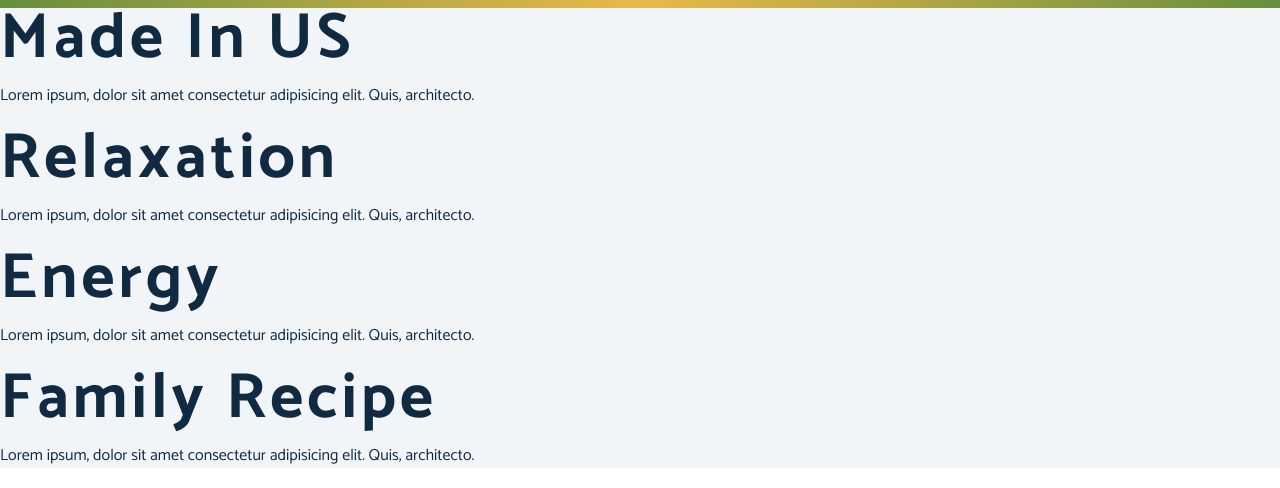
Repository: waniArif/tea-project
Page: index.html
An editor plug-in stored every save of this project. The page is shown before and after the next save, followed by the edit.
The browser window is 1280 px wide. The pictures show the part of the page from y = 720 to 1528 px (the page is 1208 px tall before and 1528 px after).
Some icons come from a web library that is not loaded, so they are not drawn. Backgrounds fixed to the window are drawn as part of the page. Some web fonts or font styles are not loaded; a fallback is used.

Above is the page before, as saved 2021-07-04 15:10:01.
Console error: TypeError: Cannot read properties of null (reading 'addEventListener')

### index.html
<!DOCTYPE html>
<html lang="en">
  <head>
    <meta charset="UTF-8" />
    <meta name="viewport" content="width=device-width, initial-scale=1.0" />
    <meta http-equiv="X-UA-Compatible" content="ie=edge" />
    <title>Tea Station || Home</title>
    <!-- font-awesome -->
    <link
      rel="stylesheet"
      href="./fontawesome-free-5.12.1-web/css/all.min.css"
    />
    <!-- custom css -->
    <link rel="stylesheet" href="./css/styles.css" />
  </head>
  <body>
    <!-- navbar here -->
    <!-- header here -->

    <header class="header">
      <div class="banner">
        <h2>Over one hundred flavours</h2>
        <h1>
          Wani's<br />
          Crafted tea
        </h1>
        <a href="skills.html" class="btn banner-btn">explore</a>
      </div>
    </header>
    <!-- header ends here -->
    <div class="content-divider"></div>
    <!-- skills section -->

    <section class="skills clearfix">
      <!-- single skill -->
      <article class="skill">
        <span class="skill-icon">
          <i class="fas fa-mug-hot"></i>
        </span>
        <h4 class="skill-title">made in US</h4>
        <p class="skill-text">
          Lorem ipsum, dolor sit amet consectetur adipisicing elit. Quis,
          architecto.
        </p>
      </article>
      <!-- end of a single skill -->
      <!-- single skill -->
      <article class="skill">
        <span class="skill-icon">
          <i class="fas fa-glass-cheers"></i>
        </span>
        <h4 class="skill-title">relaxation</h4>
        <p class="skill-text">
          Lorem ipsum, dolor sit amet consectetur adipisicing elit. Quis,
          architecto.
        </p>
      </article>
      <!-- end of a single skill -->
      <!-- single skill -->
      <article class="skill">
        <span class="skill-icon">
          <i class="fas fa-bomb"></i>
        </span>
        <h4 class="skill-title">Energy</h4>
        <p class="skill-text">
          Lorem ipsum, dolor sit amet consectetur adipisicing elit. Quis,
          architecto.
        </p>
      </article>
      <!-- end of a single skill -->
      <!-- single skill -->
      <article class="skill">
        <span class="skill-icon">
          <i class="fas fa-mortar-pestle"></i>
        </span>
        <h4 class="skill-title">family recipe</h4>
        <p class="skill-text">
          Lorem ipsum, dolor sit amet consectetur adipisicing elit. Quis,
          architecto.
        </p>
      </article>
      <!-- end of a single skill -->
    </section>
    <!--  end of skills section -->

    <script src="app.js"></script>
  </body>
</html>

### css/styles.css
/*
===================
Fonts
===================
*/

@import url("https://fonts.googleapis.com/css?family=Catamaran:400,700|Grand+Hotel");

/*
===================
Variables
===================
*/

:root {
  --clr-primary: #678e3e;
  --clr-primarylight: #beed8c;
  --clr-grey-1: #102a42;
  --clr-grey-5: #617d98;
  --clr-grey-10: #f1f5f8;
  --clr-white: #fff;
  --ff-primary: "Catamaran", sans-serif;
  --ff-secondary: "Grand Hotel", cursive;
  --transition: all 0.3 linear;
  --spacing: 0.25rem;
  --radius: 0.5rem;
}

* {
  margin: 0;
  padding: 0;
  box-sizing: border-box;
}

body {
  font-family: var(--ff-primary);
  background: var(--clr-white);
  color: var(--clr-grey-1);
  line-height: 1.5rem;
  font-size: 0.875rem;
}

a {
  text-decoration: none;
}

img {
  width: 100%;
  display: block;
}

h1,
h2,
h3,
h4 {
  letter-spacing: var(--spacing);
  text-transform: capitalize;
  line-height: 1.25;
  margin-bottom: 0.75rem;
}

h1 {
  font-size: 3rem;
}

h2 {
  font-size: 2rem;
}

h3 {
  font-size: 1.5rem;
}

h4 {
  font-size: 0.875rem;
}

p {
  margin-bottom: 1.25rem;
}

@media screen and (min-width: 800px) {
  h1 {
    font-size: 4rem;
  }
  h2 {
    font-size: 2.5rem;
  }
  h3 {
    font-size: 2rem;
  }
  h4 {
    font-size: 4rem;
  }
  body {
    font-size: 1rem;
  }
  h1,
  h2,
  h3,
  h4 {
    line-height: 1;
  }
}

/* more global css */

.btn {
  text-transform: uppercase;
  background: var(--clr-primary);
  color: var(--clr-white);
  padding: 0.75rem 1rem;
  letter-spacing: var(--spacing);
  display: inline-block;
  font-weight: 700;
  transition: var(--transition);
  font-size: 1rem;
  border: none;
  cursor: pointer;
  box-shadow: 0 1px 3px rgba(0, 0, 0, 0.2);
}
.btn:hover {
  color: var(--clr-primary);
  background: var(--clr-primarylight);
}

/*
===================
Header
===================
*/

.header {
  min-height: 100vh;
  background: linear-gradient(rgba(0, 0, 0, 0.6), rgba(0, 0, 0, 0.6)),
    url("../images/main-bcg.jpeg") center/cover no-repeat fixed;

  position: relative;
  /* animation */
  overflow-x: hidden;
}

.banner {
  text-align: center;
  position: absolute;
  top: 50%;
  left: 50%;
  transform: translate(-50%, -50%);
}
.banner h2 {
  font-family: var(--ff-secondary);
  color: var(--clr-primary);
  /* animation */
}
.banner h1 {
  text-transform: uppercase;
  color: var(--clr-white);
  margin-top: 1.25rem;
  margin-bottom: 2rem;
  /* animation */
}
.banner-btn {
  outline: 0.125rem solid var(--clr-primary);
  outline-offset: 0.25rem;
  font-size: 1.25rem;
  padding: 1rem 1.75rem;
}

/* content-divider */

.content-divider {
  height: 0.5rem;
  background: linear-gradient(
    to left,
    var(--clr-primary),
    #e9b949,
    var(--clr-primary)
  );
}

/*
===================
Skills
===================
*/

.skills {
  background: var(--clr-grey-10);
}

Loaded but not shown: app.js (common file)

After the next save:
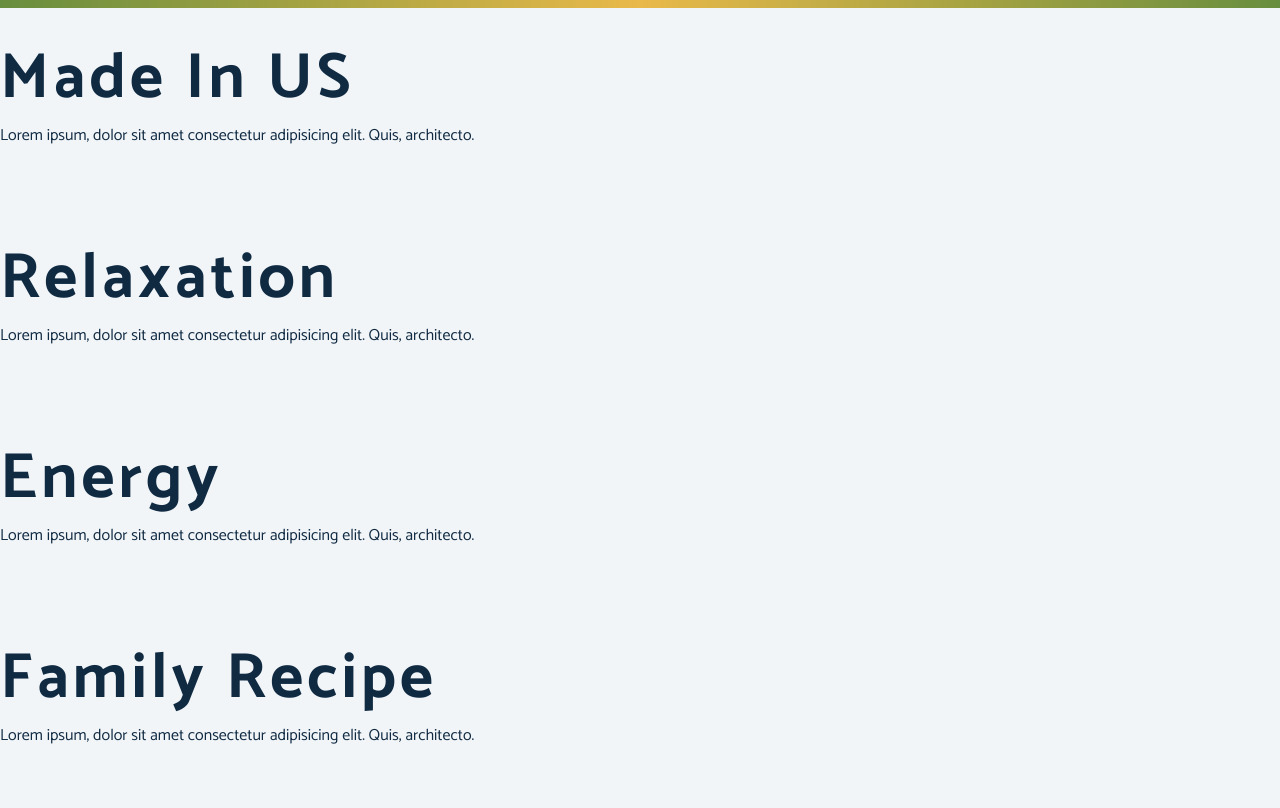
Saved 48 s later.
--- a/css/styles.css
+++ b/css/styles.css
@@ -187,3 +187,6 @@ Skills
 .skills {
   background: var(--clr-grey-10);
 }
+.skill {
+  padding: 2.5rem 0;
+}
